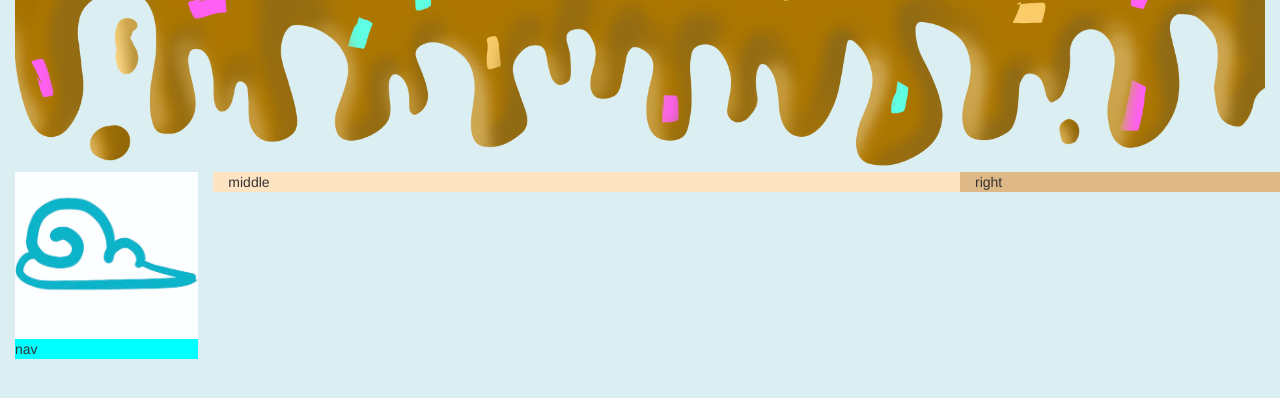
Repository: 15378517762/zxy
Page: html/index.html
An editor plug-in stored every save of this project. The page is shown before and after the next save, followed by the edit.
The browser window is 1280 px wide. The pictures show the whole page.

Above is the page before, as saved 2021-05-26 22:58:09.

### html/index.html
<!DOCTYPE html>
<html lang="en">
<head>
	<meta charset="UTF-8">
	<meta name="viewport" content="width=device-width, initial-scale=1.0">
	<title>Document</title>

	<!--[if lt IE 9]>
      <script src="https://cdn.jsdelivr.net/npm/html5shiv@3.7.3/dist/html5shiv.min.js"></script>
      <script src="https://cdn.jsdelivr.net/npm/respond.js@1.4.2/dest/respond.min.js"></script>
    <![endif]-->

	<link rel="stylesheet" href="../bootstrap/css/bootstrap.min.css">
	<script src="../js/jquery-3.6.0.min.js"></script>
	<link rel="stylesheet" href="../css/index.css">
</head>
<body>
	<div class="container">
		<img src="../img/headpic.png" class="headpic" alt="">

		<div class="row">
			<header class="col-md-2">
				<div class="logo">
					<img src="../img/logo.jpg" alt="">
				</div>
				<div class="nav">nav</div>
			</header>

			<article class="col-md-7">middle</article>

			<aside class="col-md-3">right</aside>
		</div>
	</div>
</body>
</html>

### css/index.css
@media screen and (min-width: 1280px) {
    .container {
        width: 1280px;
    }
}

body {
    background-color: #dbeff2;
}

.nav {
    background-color: aqua;
}

.headpic {
    width: 100%;
}

.logo img {
    width: 100%;
}

article {
    background-color: bisque;
}

aside {
    background-color: burlywood;
}

Loaded but not shown: bootstrap/css/bootstrap.min.css (library); js/jquery-3.6.0.min.js (library)

After the next save:
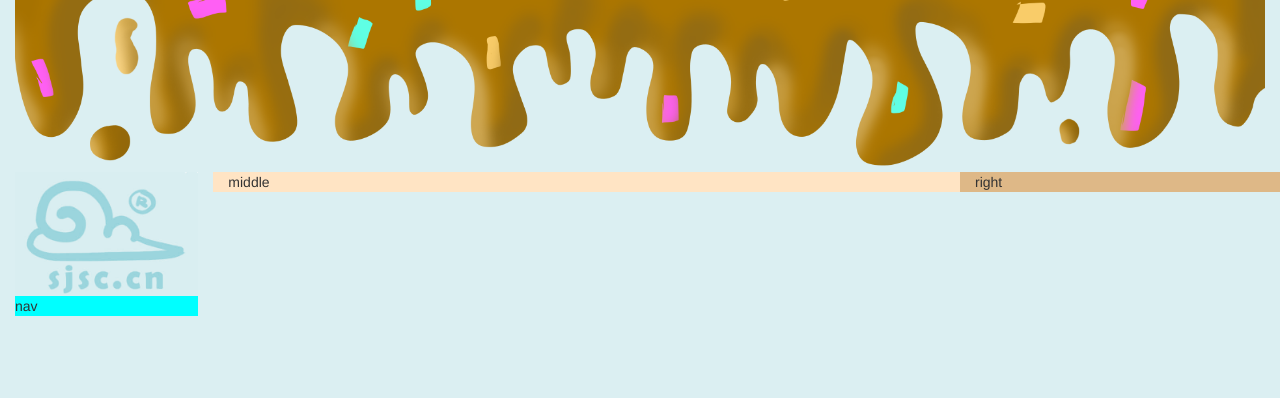
Saved 7 min 57 s later.
--- a/html/index.html
+++ b/html/index.html
@@ -21,7 +21,7 @@
 		<div class="row">
 			<header class="col-md-2">
 				<div class="logo">
-					<img src="../img/logo.jpg" alt="">
+					<img src="../img/logo2.jpg" alt="">
 				</div>
 				<div class="nav">nav</div>
 			</header>
